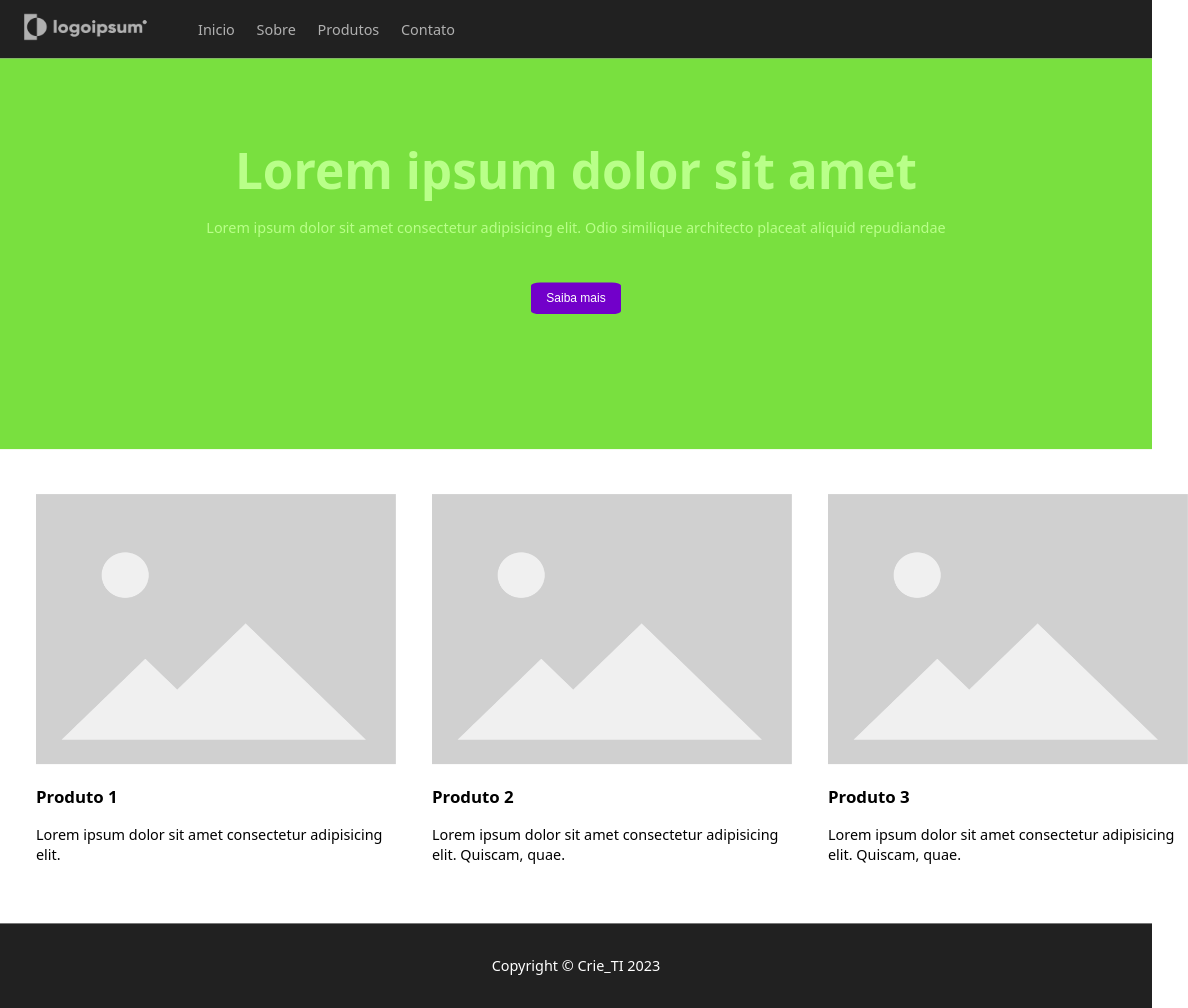
Repository: Carolden/SiteCrie_Ti
Page: index.html
These files come from the project's save history. The page is drawn as it stood at one moment and after the next save; the edit follows.
The browser window is 1280 px wide. The page is 1320 px wide, then 1280 px, then 1320 px, so the pictures cover 1320 px, including what lies to the right of the window. The pictures show the whole page, at 90% of full size.

Above is the page before, as saved 2023-04-23 21:41:24.

After the next save:
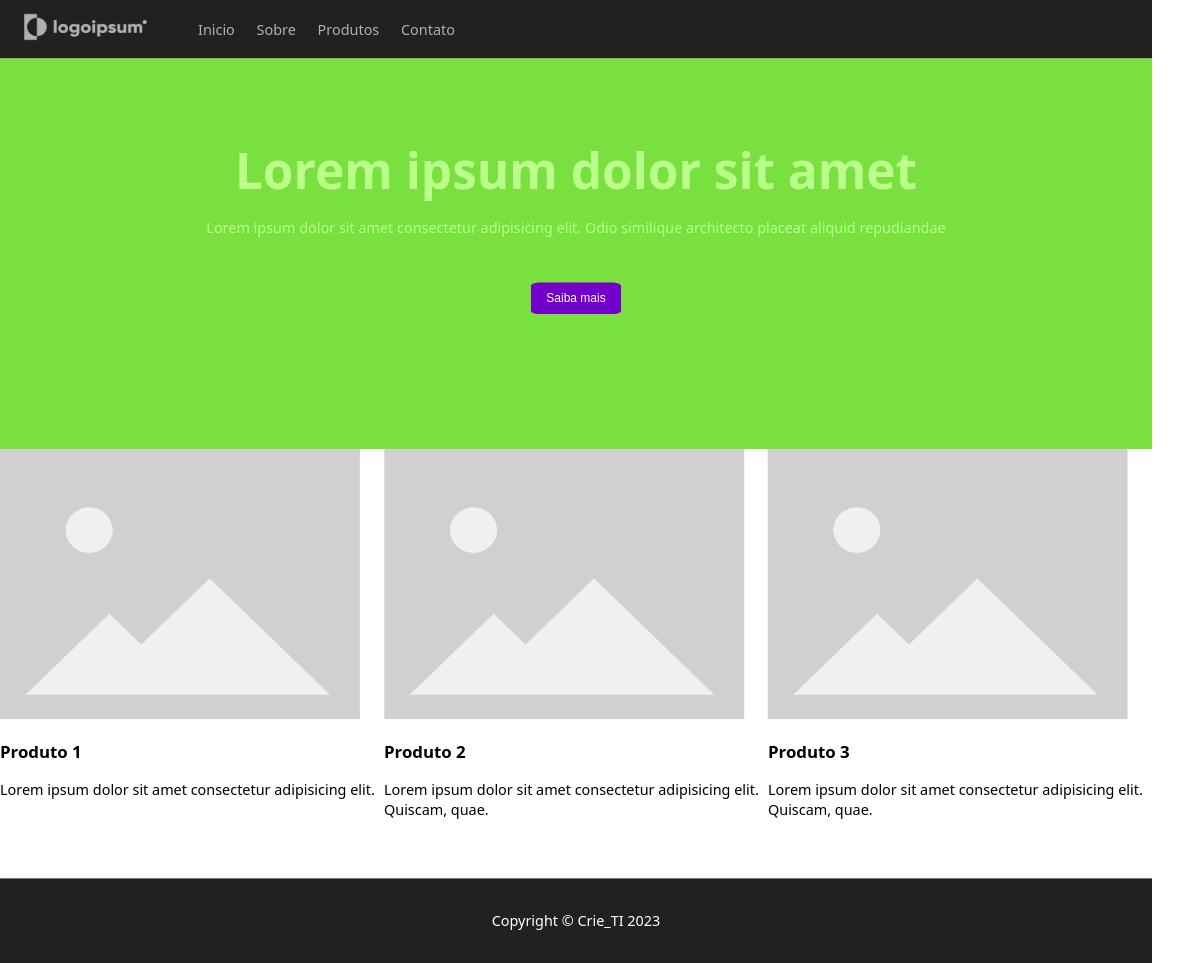
Saved 47 s later.
--- a/index.css
+++ b/index.css
@@ -78,8 +78,8 @@
 
 .column {
     width: 100%;
-    margin-left: 40px;
-    margin-top: 50px;
+    /* margin-left: 40px;
+    margin-top: 50px;   */
 
 }
 

After the save that followed:
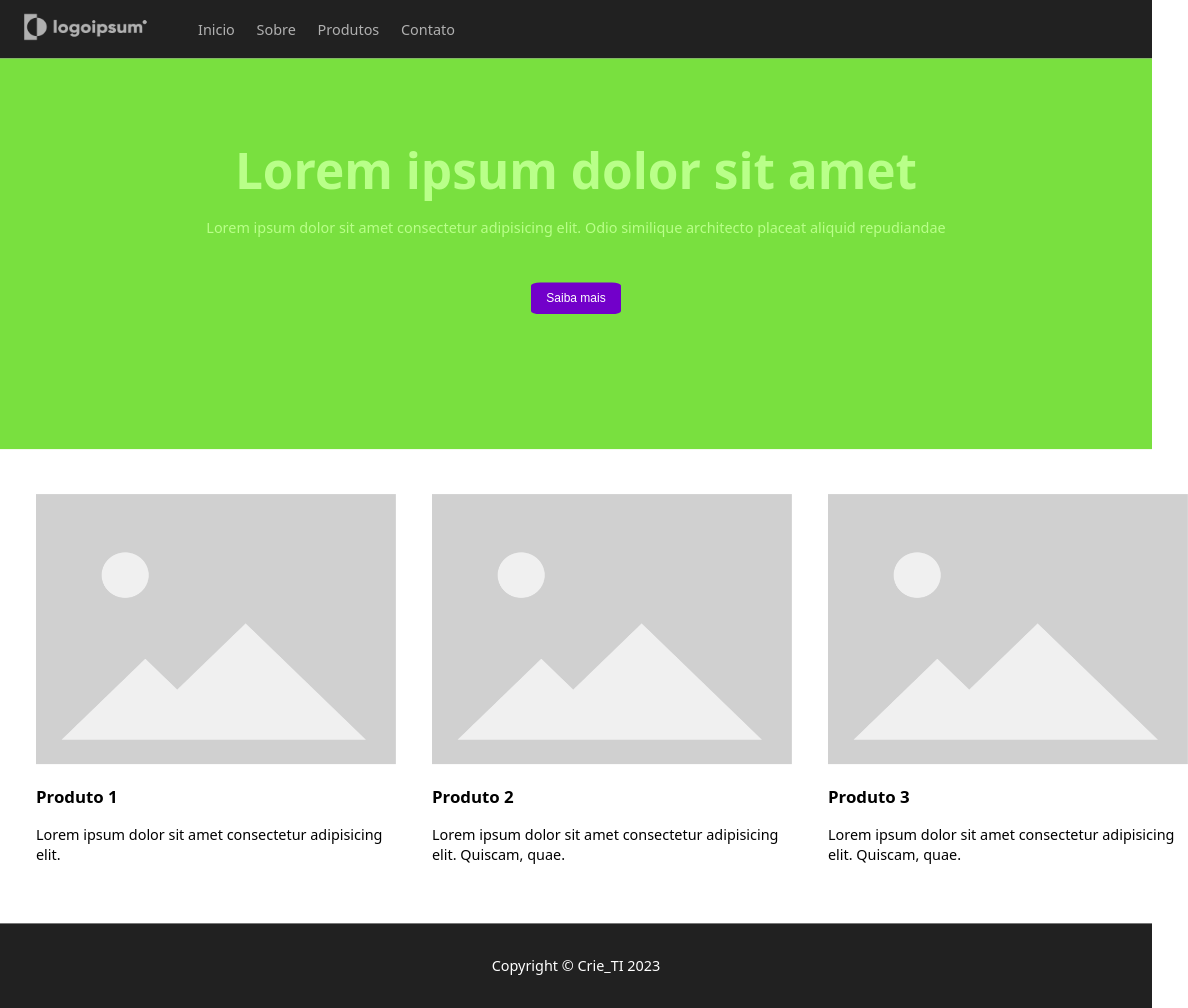
Saved 5 s later.
--- a/index.css
+++ b/index.css
@@ -78,8 +78,8 @@
 
 .column {
     width: 100%;
-    /* margin-left: 40px;
-    margin-top: 50px;   */
+    margin-left: 40px;
+    margin-top: 50px;
 
 }
 
